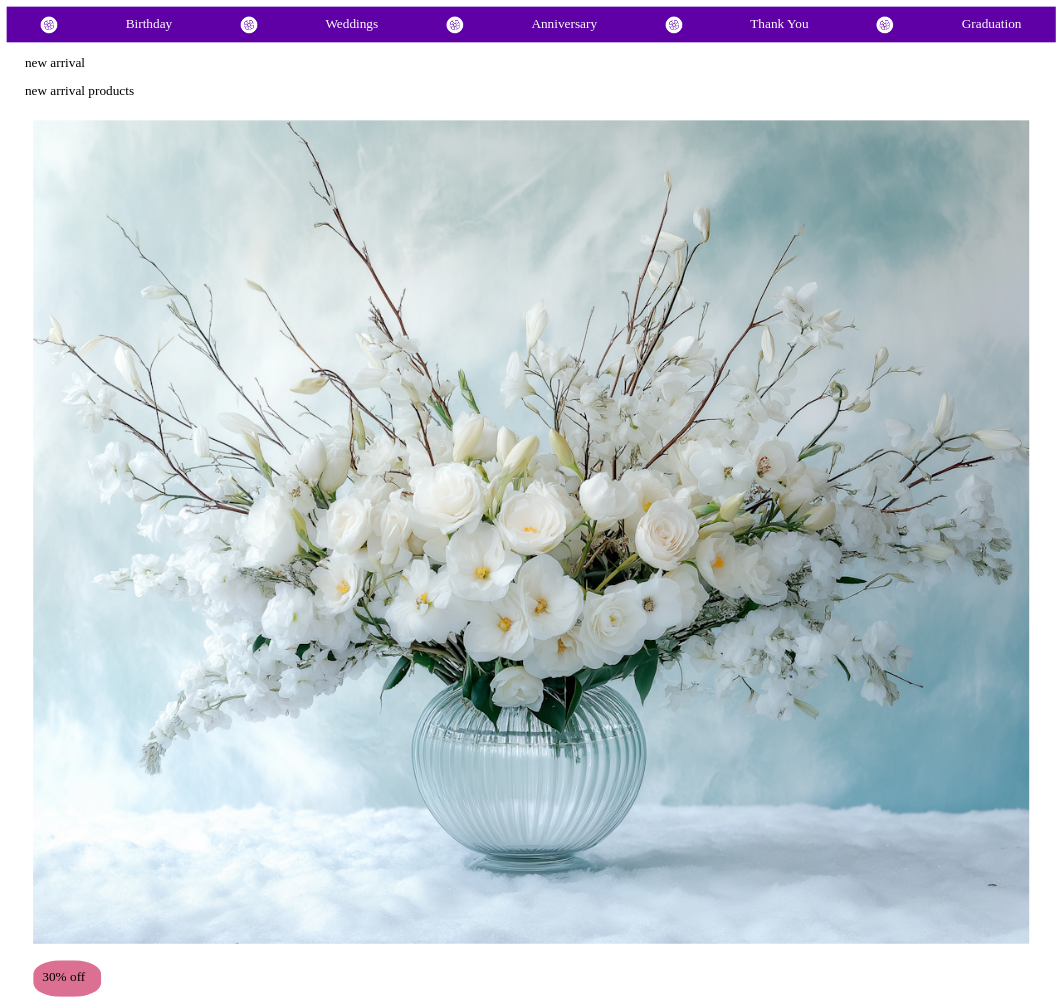
Repository: KolawoleTemilade/classroom-learning
Page: newarrival/index.html
The author's editor kept a copy of each file at every save. The page is drawn from the files as they stood at one save, then again after a run of saves.
The browser window is 1280 px wide. The pictures show the whole page, at 83% of full size.

Above is the page before, as saved 2025-10-01 18:18:09.

### newarrival/index.html
<!DOCTYPE html>
<html lang="en">
  <head>
    <meta charset="UTF-8" />
    <meta name="viewport" content="width=h, initial-scale=1.0" />
    <title>new arrival</title>
    <link rel="stylesheet" href="style.css" />
  </head>
  <body>
    <section class="new-arrival-sect">
      <div class="marq-sect">
        <div class="marque">
          <img
            src="../newarrival/images/icons/marqueflower.png"
            alt="flower-icon"
            width="20"
            height="20"
          />
          <span>birthday</span>
          <img
            src="../newarrival/images/icons/marqueflower.png"
            alt="flower-icon"
            width="20"
            height="20"
          />
          <span>weddings</span>
          <img
            src="../newarrival/images/icons/marqueflower.png"
            alt="flower-icon"
            width="20"
            height="20"
          />
          <span>anniversary</span>
          <img
            src="../newarrival/images/icons/marqueflower.png"
            alt="flower-icon"
            width="20"
            height="20"
          />
          <span>thank you</span>
          <img
            src="../newarrival/images/icons/marqueflower.png"
            alt="flower-icon"
            width="20"
            height="20"
          />
          <span>graduation</span>
        </div>
      </div>
      <div class="new-arrival">
        <div class="new-arrival-title">
          <p class="title1">new arrival</p>
          <p class="title2">new arrival <span>products</span></p>
        </div>
        <div class="new-arrival-product-card">
          <div class="product-card">
            <div class="img-sect">
              <img src="./images/new-arrival/flower1.png" alt="flower1" />
              <div class="absolute-container">
                <p class="slash">30% off</p>
              </div>
            </div>
            <div class="text-sect"></div>
          </div>
        </div>
      </div>
    </section>
  </body>
</html>

### newarrival/style.css
.new-arrival-sect{
    display: flex;
    flex-direction: column;
    align-items: center;
    justify-content: center;
}

.marq-sect{
    background-color: #5E00A6;
    height:6vh;
    width: 100%;
    align-content: center;
}
.marque {
    display: flex;
    align-content: center;
    justify-content:space-around ;
}
.marque > span {
    text-transform: capitalize;
    color: white;
}
.new-arrival-title >h4{
    font-size: 4rem;
}
.new-arrival-title > h2 {
    font-size: 6rem;
}
.new-arrival-title > h2 {
    color: #5E00A6;
}
.product-card {
    display: flex;
    padding: 10px;
    background: white;
}
.img-sect {
    position: relative;
}
.absolute-container > p{
    /* width: 100%; */
}
.slash {
    position: absolute;
    top: left;
    background: palevioletred;
    padding: 10px;
    width: 5%;
    height: 3vh;
    border: 1px solid transparent;
    border-radius: 40%;
}

After the next 3 saves:
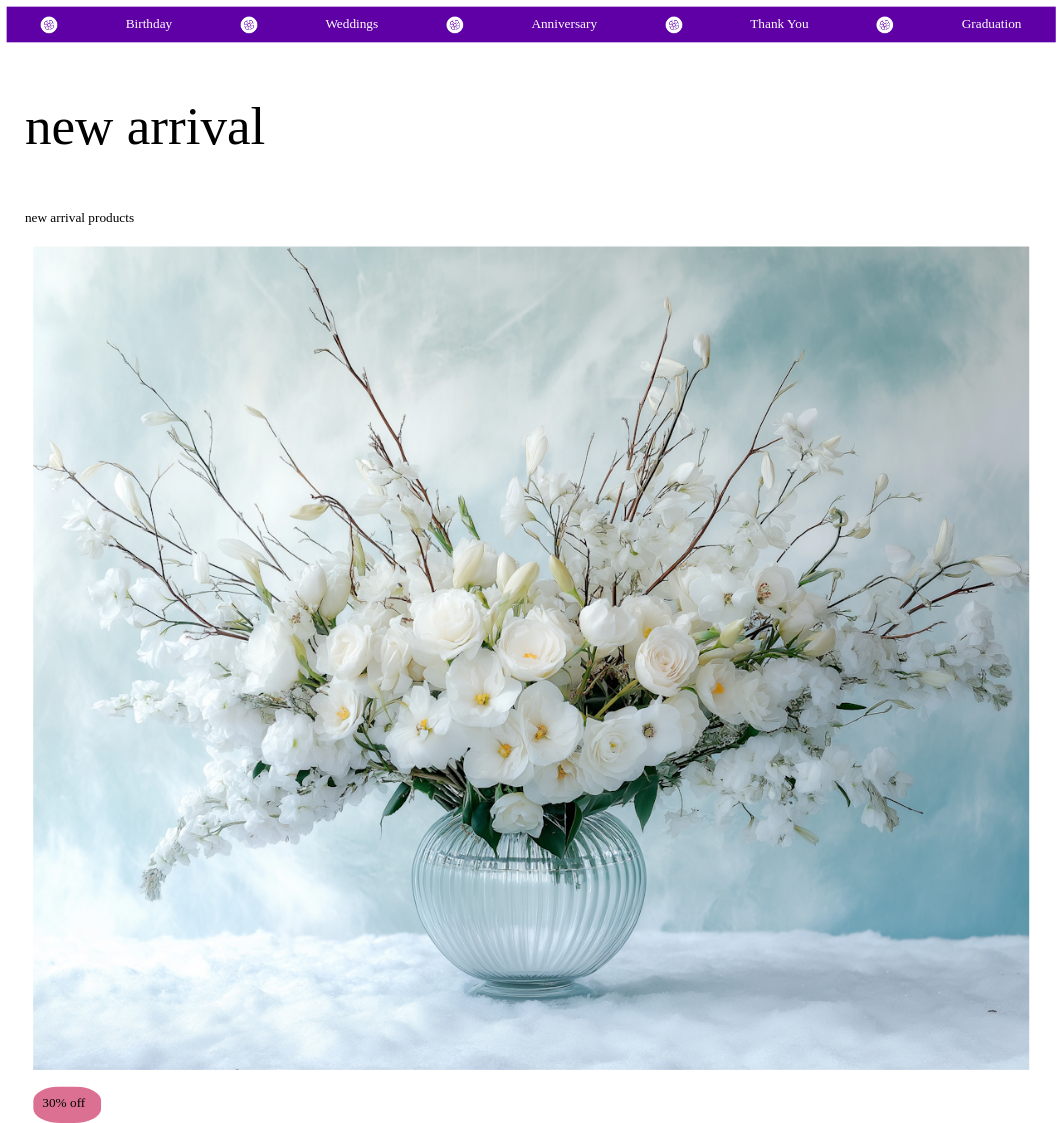
The 3 saves are shown as one change because they came seconds apart.
The last was saved 24 s later.
--- a/newarrival/style.css
+++ b/newarrival/style.css
@@ -20,7 +20,7 @@
     text-transform: capitalize;
     color: white;
 }
-.new-arrival-title >h4{
+.title1{
     font-size: 4rem;
 }
 .new-arrival-title > h2 {
